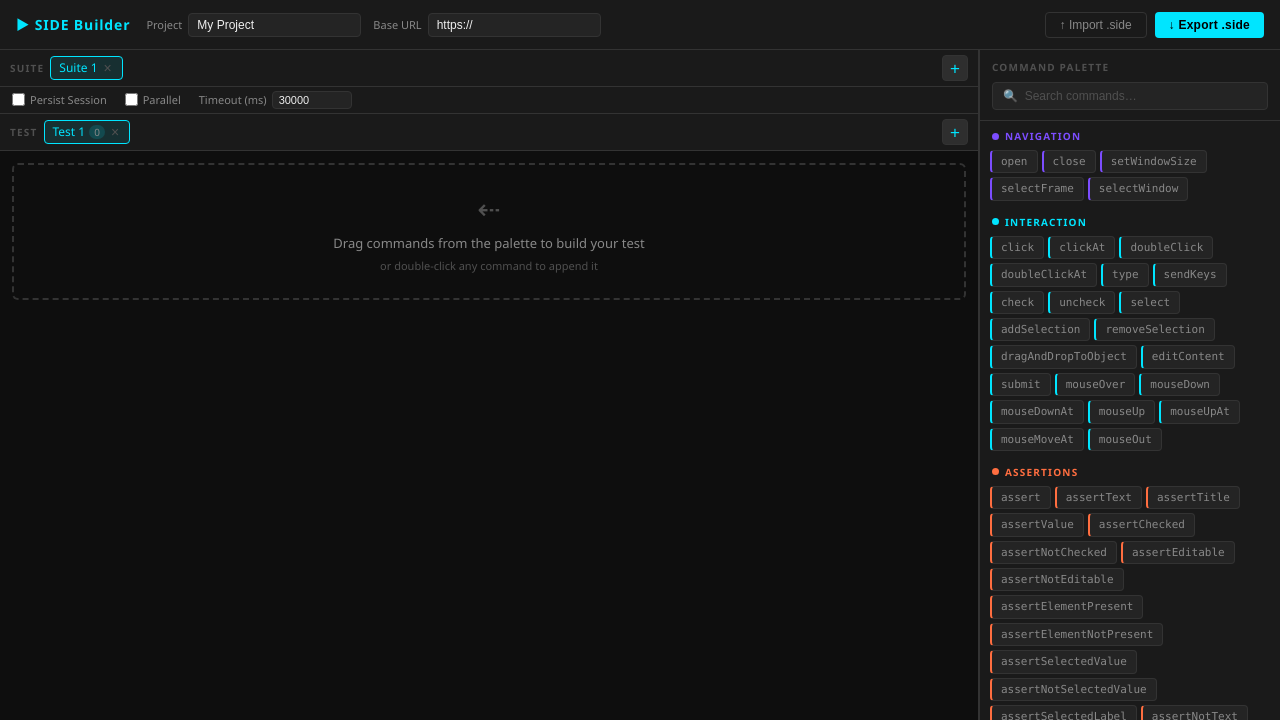
Repository: martinezger/playwright-runner
Page: src/ui/index.html
The author's editor kept a copy of each file at every save. The page is drawn from the files as they stood at one save, then again after the next save.
The browser window is 1280 px wide. The pictures show the whole page.

Above is the page before, as saved 2026-06-28 13:02:01.

After the next save:
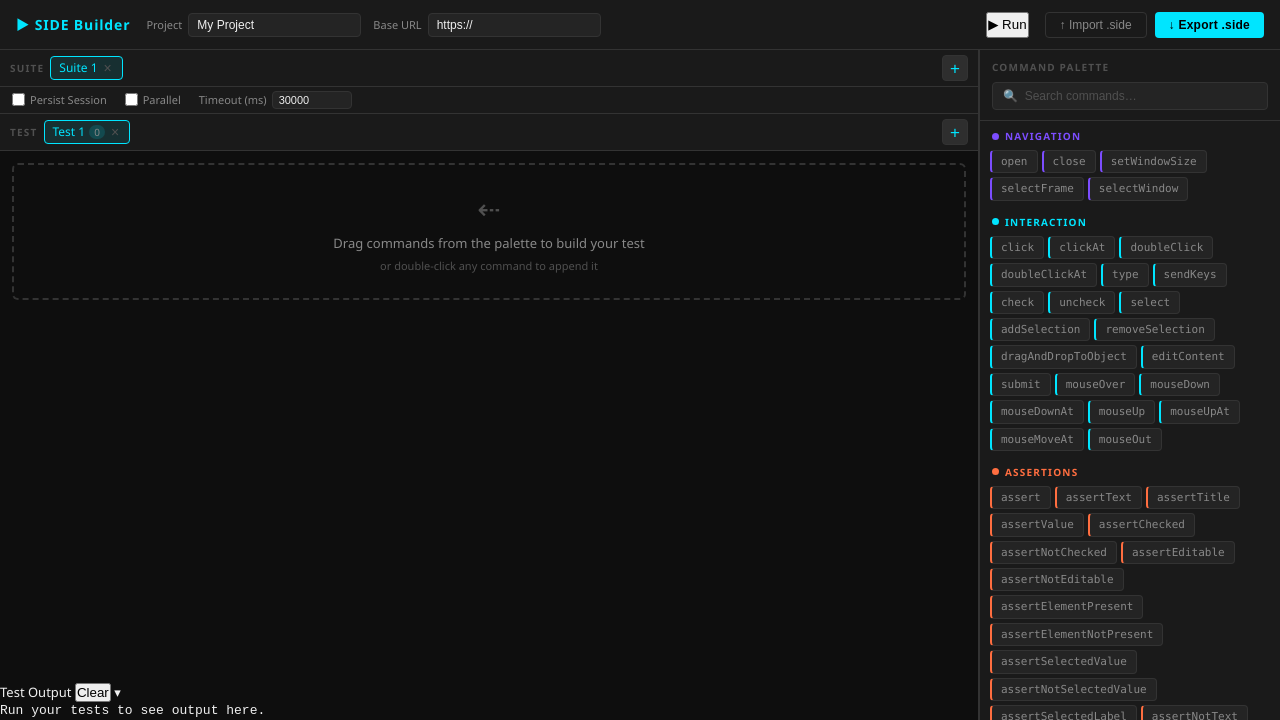
Saved 13 s later.
--- a/src/ui/index.html
+++ b/src/ui/index.html
@@ -15,6 +15,9 @@
       <label>Base URL <input id="project-url" type="text" placeholder="https://" autocomplete="off"></label>
     </div>
     <div class="header-actions">
+      <button id="btn-run"    class="btn-run">▶ Run</button>
+      <button id="btn-stop"   class="btn-stop" style="display:none">■ Stop</button>
+      <div class="header-divider"></div>
       <button id="btn-import" class="btn-secondary">↑ Import .side</button>
       <button id="btn-export" class="btn-primary">↓ Export .side</button>
       <input id="import-input" type="file" accept=".side,.json" style="display:none">
@@ -55,6 +58,18 @@
         <div id="command-list" class="command-list"></div>
       </div>
 
+      <!-- ── OUTPUT PANEL ──────────────────────────────── -->
+      <div class="output-panel" id="output-panel">
+        <div class="output-header" id="output-toggle">
+          <span class="output-status-dot" id="output-status-dot"></span>
+          <span class="output-title">Test Output</span>
+          <span class="output-summary" id="output-summary"></span>
+          <button class="output-clear" id="output-clear" title="Clear output">Clear</button>
+          <span class="output-chevron" id="output-chevron">▾</span>
+        </div>
+        <pre class="output-body" id="output-body"><span class="output-placeholder">Run your tests to see output here.</span></pre>
+      </div>
+
     </section>
 
     <!-- ── RIGHT: COMMAND PALETTE ─────────────────────── -->
